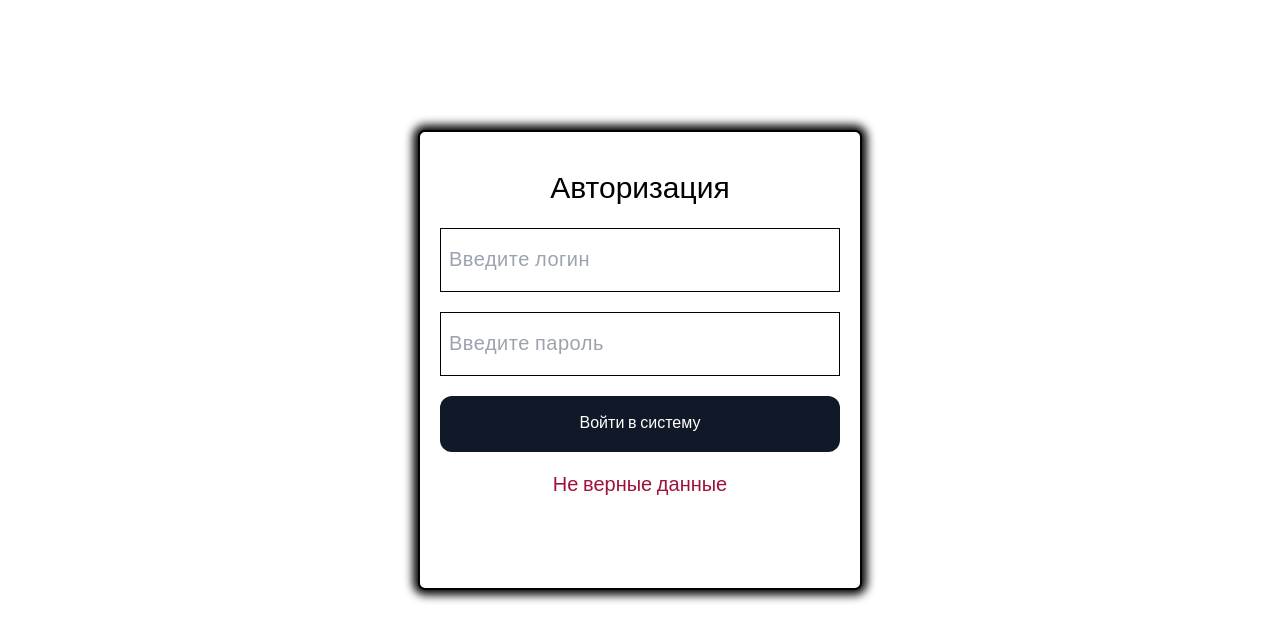
Repository: AlearvickOne/CartridgesApp
Page: /
The author's editor kept a copy of each file at every save. The page is drawn from the files as they stood at one save, then again after the next save.
The browser window is 1280 px wide. The pictures show the whole page.
The page's requests for data from a server got no answer. The project was rebuilt for these pictures with package versions that can differ from the ones it lists, and the page was loaded fresh each time. The framework's server and built-in components were replaced by stand-ins that run in the browser. No one was signed in, and anything a server would have sent is missing. Also part of the build but not shown: next.config.mjs.

Above is the page before, as saved 2024-04-19 15:49:18.

After the next save:
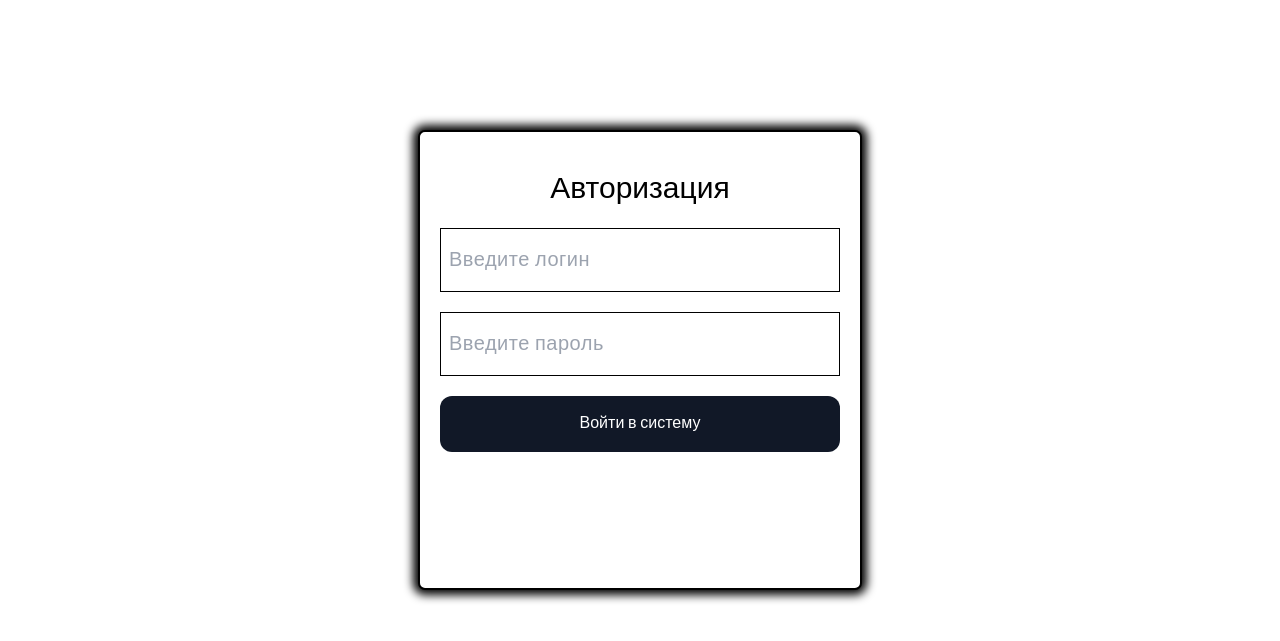
Saved 19 s later.
--- a/src/components/AuthorizationPage.tsx
+++ b/src/components/AuthorizationPage.tsx
@@ -38,7 +38,7 @@ function AuthorizationPage({ handleSubmit }: ISession) {
           {isClick ? (
             <></>
           ) : (
-            <p className="mt-5 text-center text-rose-800 text-xl">Не верные данные</p>
+            <p className="mt-5 text-center text-rose-800 text-xl">{errorMessage}</p>
           )}
         </form>
       </div>
